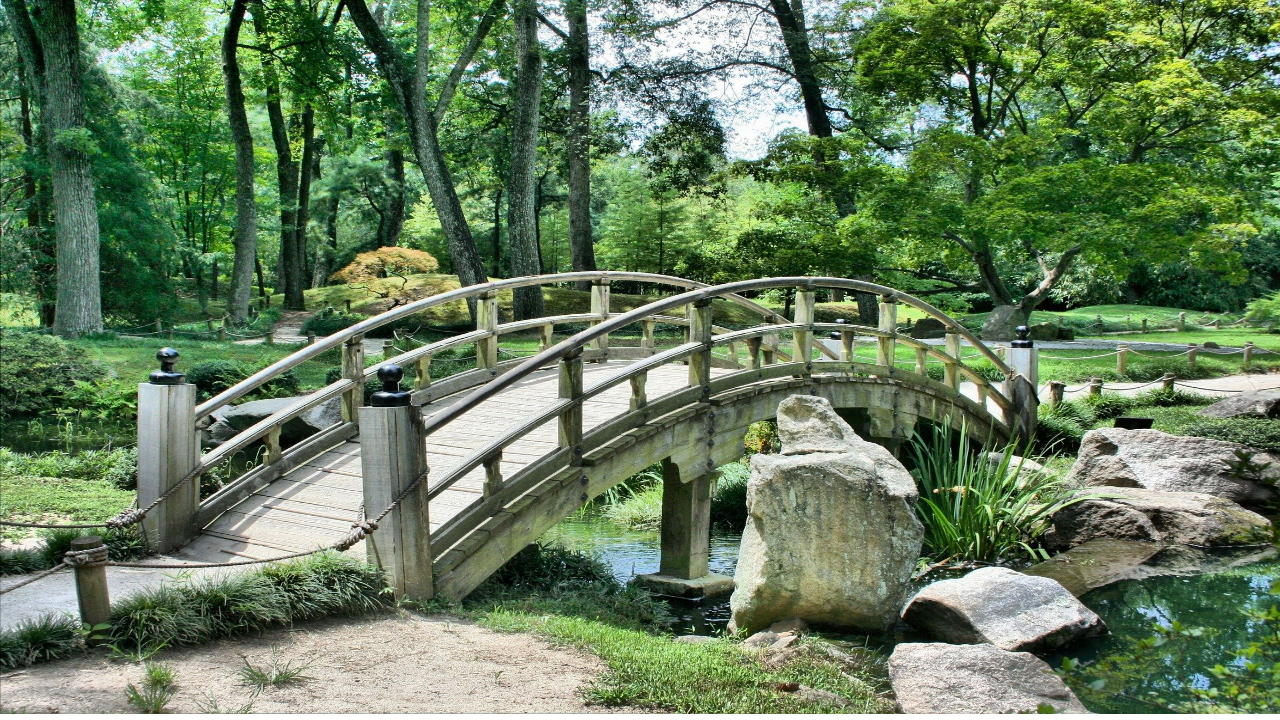
Repository: PatryxB/garden
Page: http://localhost/
An editor plug-in stored every save of this project. The page is shown before and after the next save, followed by the edit.
The browser window is 1280 px wide. The pictures show the whole page.
The page is served by the project's Laravel application, run on PHP 8.4 with Laravel 8. Other server files are loaded and not shown. Style sheets and scripts are compiled from the project's sources, by tool versions that may differ from the author's.

Above is the page before, as saved 2020-05-01 20:53:31.

### resources/views/welcome.blade.php
<!DOCTYPE html>
<html lang="{{ str_replace('_', '-', app()->getLocale()) }}">
    <head>
        <meta charset="utf-8">
        <meta name="viewport" content="width=device-width, initial-scale=1">

        <title>Garden</title>

        <!-- Fonts -->
        <link href="https://fonts.googleapis.com/css?family=Nunito:200,600" rel="stylesheet">
        <link rel="stylesheet" href="/css/app.css">

    <body>
        <div class="banner">
            <img src="{{url('/img/gardenbanner.jpg')}}" alt="">
        </div>
    </body>
</html>

### resources/sass/app.scss
html, body{
    box-sizing: border-box;
    margin: 0;
    padding: 0;
}
.banner img{
    width: 100%;
    height: 99.2vh;
    position: relative;
}

Loaded but not shown: routes/web.php (common file)

After the next save:
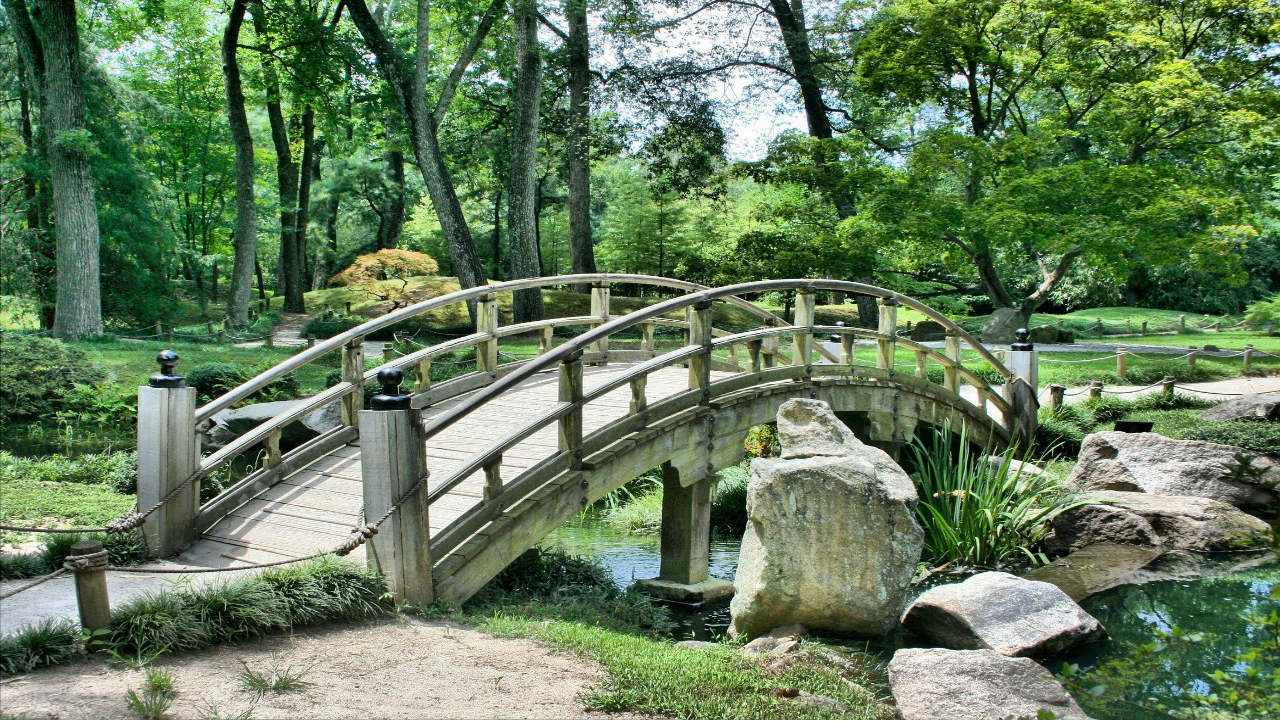
Saved 15 s later.
--- a/resources/sass/app.scss
+++ b/resources/sass/app.scss
@@ -5,6 +5,6 @@ html, body{
 }
 .banner img{
     width: 100%;
-    height: 99.2vh;
+    height: 100vh;
     position: relative;
 }
